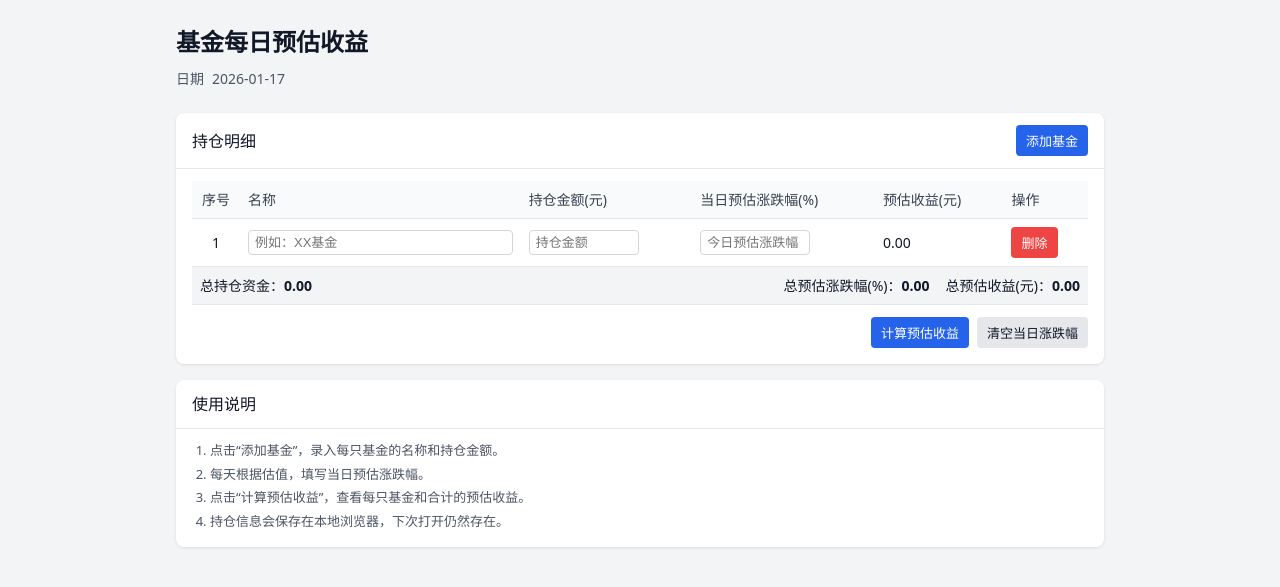
Repository: zt-boom/finance
Page: index.html
These files come from the project's save history. The page is drawn as it stood at one moment and after the next save; the edit follows.
The browser window is 1280 px wide. The pictures show the whole page.

Above is the page before, as saved 2026-01-17 12:33:49.

### index.html
<!DOCTYPE html>
<html lang="zh-CN">
<head>
<meta charset="UTF-8">
<title>基金每日预估收益</title>
<meta name="viewport" content="width=device-width,initial-scale=1">
<link rel="stylesheet" href="./style.css">
</head>
<body>
<div class="app">
<header class="app-header">
<h1>基金每日预估收益</h1>
<div class="date-row">
<span>日期</span>
<span id="current-date"></span>
</div>
</header>
<main class="app-main">
<section class="card">
<div class="card-header">
<h2>持仓明细</h2>
<button id="add-fund-btn" class="primary-button">添加基金</button>
</div>
<div class="card-body">
<div class="table-wrapper">
<table class="fund-table">
<thead>
<tr>
<th class="index-col">序号</th>
<th>名称</th>
<th>持仓金额(元)</th>
<th>当日预估涨跌幅(%)</th>
<th>预估收益(元)</th>
<th>操作</th>
</tr>
</thead>
<tbody id="fund-table-body"></tbody>
<tfoot>
<tr class="summary-row">
<td colspan="6">
<div class="summary-items">
<div class="summary-left">
<span>总持仓资金：<strong id="total-amount">0.00</strong></span>
</div>
<div class="summary-right">
<span>总预估涨跌幅(%)：<strong id="total-percent">0.00</strong></span>
<span>总预估收益(元)：<strong id="total-profit">0.00</strong></span>
</div>
</div>
</td>
</tr>
</tfoot>
</table>
</div>
<div class="actions-row">
<button id="calculate-btn" class="primary-button">计算预估收益</button>
<button id="reset-percentage-btn" class="secondary-button">清空当日涨跌幅</button>
</div>
</div>
</section>
<section class="card">
<div class="card-header">
<h2>使用说明</h2>
</div>
<div class="card-body instructions">
<ol>
<li>点击“添加基金”，录入每只基金的名称和持仓金额。</li>
<li>每天根据估值，填写当日预估涨跌幅。</li>
<li>点击“计算预估收益”，查看每只基金和合计的预估收益。</li>
<li>持仓信息会保存在本地浏览器，下次打开仍然存在。</li>
</ol>
</div>
</section>
</main>
</div>
<script src="./main.js"></script>
</body>
</html>

### style.css
* {
box-sizing: border-box;
margin: 0;
padding: 0;
}

body {
font-family: system-ui, -apple-system, BlinkMacSystemFont, "Segoe UI", sans-serif;
background-color: #f3f4f6;
color: #111827;
line-height: 1.5;
}

.app {
max-width: 960px;
margin: 0 auto;
padding: 24px 16px 40px;
}

.app-header {
display: flex;
flex-direction: column;
gap: 8px;
margin-bottom: 24px;
}

.app-header h1 {
font-size: 24px;
font-weight: 600;
color: #111827;
}

.date-row {
display: flex;
gap: 8px;
align-items: center;
font-size: 14px;
color: #4b5563;
}

.app-main {
display: flex;
flex-direction: column;
gap: 16px;
}

.card {
background-color: #ffffff;
border-radius: 8px;
box-shadow: 0 1px 3px rgba(15, 23, 42, 0.1);
overflow: hidden;
}

.card-header {
display: flex;
justify-content: space-between;
align-items: center;
padding: 12px 16px;
border-bottom: 1px solid #e5e7eb;
}

.card-header h2 {
font-size: 16px;
font-weight: 500;
}

.card-body {
padding: 12px 16px 16px;
}

.table-wrapper {
overflow-x: auto;
margin-bottom: 12px;
}

.fund-table {
width: 100%;
border-collapse: collapse;
font-size: 14px;
}

.fund-table th,
.fund-table td {
border-bottom: 1px solid #e5e7eb;
padding: 8px;
text-align: left;
}

.fund-table th.index-col,
.fund-table td[data-role="row-index"] {
width: 48px;
text-align: center;
}

.fund-table thead {
background-color: #f9fafb;
}

.fund-table th {
font-weight: 500;
color: #374151;
}

.fund-table tbody tr:nth-child(even) {
background-color: #f9fafb;
}

.fund-table input {
width: 100%;
padding: 4px 6px;
font-size: 13px;
border-radius: 4px;
border: 1px solid #d1d5db;
outline: none;
}

.fund-table input.narrow-number-input {
width: 110px;
}

.fund-table input[type="number"]::-webkit-outer-spin-button,
.fund-table input[type="number"]::-webkit-inner-spin-button {
-webkit-appearance: none;
margin: 0;
}

.fund-table input[type="number"] {
-moz-appearance: textfield;
}

.fund-table input:focus {
border-color: #2563eb;
box-shadow: 0 0 0 1px rgba(37, 99, 235, 0.2);
}

.summary-row td {
font-weight: 600;
color: #111827;
background-color: #f3f4f6;
}

.summary-items {
display: flex;
flex-wrap: wrap;
gap: 4px 16px;
justify-content: space-between;
align-items: center;
}

.summary-items span {
font-weight: 500;
white-space: nowrap;
}

.summary-left {
display: flex;
align-items: center;
}

.summary-right {
display: flex;
flex-wrap: wrap;
gap: 4px 16px;
align-items: center;
justify-content: flex-end;
}

.primary-button,
.secondary-button,
.danger-button {
border-radius: 4px;
border: none;
cursor: pointer;
font-size: 13px;
padding: 6px 10px;
display: inline-flex;
align-items: center;
justify-content: center;
}

.primary-button {
background-color: #2563eb;
color: #ffffff;
}

.primary-button:hover {
background-color: #1d4ed8;
}

.secondary-button {
background-color: #e5e7eb;
color: #111827;
}

.secondary-button:hover {
background-color: #d1d5db;
}

.danger-button {
background-color: #ef4444;
color: #ffffff;
}

.danger-button:hover {
background-color: #dc2626;
}

.actions-row {
display: flex;
flex-wrap: wrap;
gap: 8px;
margin-top: 4px;
justify-content: flex-end;
}

.instructions {
font-size: 13px;
color: #4b5563;
}

.instructions ol {
padding-left: 18px;
display: flex;
flex-direction: column;
gap: 4px;
}

@media (max-width: 640px) {
.app {
padding-inline: 12px;
}
.card-header {
flex-direction: column;
gap: 8px;
align-items: flex-start;
}
}

### main.js
const STORAGE_KEY = "fund_holdings_v1";

function formatCurrency(value) {
if (Number.isNaN(value)) return "0.00";
return value.toFixed(2);
}

function getTodayDateString() {
const now = new Date();
const year = String(now.getFullYear());
const month = String(now.getMonth() + 1).padStart(2, "0");
const day = String(now.getDate()).padStart(2, "0");
return `${year}-${month}-${day}`;
}

function loadHoldingsFromStorage() {
try {
const raw = window.localStorage.getItem(STORAGE_KEY);
if (!raw) return [];
const parsed = JSON.parse(raw);
if (!Array.isArray(parsed)) return [];
return parsed;
} catch (e) {
return [];
}
}

function saveHoldingsToStorage(holdings) {
try {
const serialized = JSON.stringify(holdings);
window.localStorage.setItem(STORAGE_KEY, serialized);
} catch (e) {
}
}

function createTableRow(fund) {
const tr = document.createElement("tr");
const indexTd = document.createElement("td");
const nameTd = document.createElement("td");
const amountTd = document.createElement("td");
const percentTd = document.createElement("td");
const profitTd = document.createElement("td");
const actionsTd = document.createElement("td");
const nameInput = document.createElement("input");
nameInput.type = "text";
nameInput.value = fund.name || "";
nameInput.placeholder = "例如：XX基金";
nameInput.addEventListener("change", handleStorageUpdate);
const amountInput = document.createElement("input");
amountInput.type = "number";
amountInput.step = "0.01";
amountInput.min = "0";
amountInput.value = fund.amount != null ? String(fund.amount) : "";
amountInput.placeholder = "持仓金额";
amountInput.addEventListener("change", handleStorageUpdate);
const percentInput = document.createElement("input");
percentInput.type = "number";
percentInput.step = "0.01";
percentInput.placeholder = "今日预估涨跌幅";
amountInput.className = "narrow-number-input";
percentInput.className = "narrow-number-input";
const profitSpan = document.createElement("span");
profitSpan.textContent = "0.00";
const deleteButton = document.createElement("button");
deleteButton.textContent = "删除";
deleteButton.className = "danger-button";
deleteButton.addEventListener("click", () => {
const confirmed = window.confirm("确定要删除这条持仓记录吗？");
if (!confirmed) {
return;
}
tr.remove();
handleStorageUpdate();
calculateProfit();
updateRowIndices();
});
indexTd.dataset.role = "row-index";
nameTd.appendChild(nameInput);
amountTd.appendChild(amountInput);
percentTd.appendChild(percentInput);
profitTd.appendChild(profitSpan);
actionsTd.appendChild(deleteButton);
tr.appendChild(indexTd);
tr.appendChild(nameTd);
tr.appendChild(amountTd);
tr.appendChild(percentTd);
tr.appendChild(profitTd);
tr.appendChild(actionsTd);
tr.dataset.role = "fund-row";
return tr;
}

function readHoldingsFromTable() {
const rows = document.querySelectorAll('tr[data-role="fund-row"]');
const holdings = [];
rows.forEach(row => {
const inputs = row.querySelectorAll("input");
const nameInput = inputs[0];
const amountInput = inputs[1];
const name = nameInput.value.trim();
const amount = parseFloat(amountInput.value);
if (!name && (Number.isNaN(amount) || amount <= 0)) {
return;
}
holdings.push({
name,
amount: Number.isNaN(amount) ? 0 : amount
});
});
return holdings;
}

function handleStorageUpdate() {
const holdings = readHoldingsFromTable();
saveHoldingsToStorage(holdings);
}

function populateTableFromStorage() {
const tbody = document.getElementById("fund-table-body");
tbody.innerHTML = "";
const holdings = loadHoldingsFromStorage();
if (holdings.length === 0) {
const row = createTableRow({ name: "", amount: null });
tbody.appendChild(row);
updateRowIndices();
return;
}
holdings.forEach(fund => {
const row = createTableRow(fund);
tbody.appendChild(row);
});
updateRowIndices();
}

function calculateProfit() {
const rows = document.querySelectorAll('tr[data-role="fund-row"]');
let totalProfit = 0;
let totalAmount = 0;
rows.forEach(row => {
const inputs = row.querySelectorAll("input");
const amountInput = inputs[1];
const percentInput = inputs[2];
const amount = parseFloat(amountInput.value);
const percent = parseFloat(percentInput.value);
const profitCell = row.querySelector("td:nth-child(4) span");
if (Number.isNaN(amount) || Number.isNaN(percent)) {
profitCell.textContent = "0.00";
return;
}
const profit = amount * percent / 100;
totalProfit += profit;
if (!Number.isNaN(amount)) {
totalAmount += amount;
}
profitCell.textContent = formatCurrency(profit);
});
const totalAmountElement = document.getElementById("total-amount");
const totalPercentElement = document.getElementById("total-percent");
if (totalAmountElement) {
totalAmountElement.textContent = formatCurrency(totalAmount);
}
if (totalPercentElement) {
const totalPercent = totalAmount > 0 ? (totalProfit / totalAmount) * 100 : 0;
totalPercentElement.textContent = formatCurrency(totalPercent);
}
const totalProfitElement = document.getElementById("total-profit");
totalProfitElement.textContent = formatCurrency(totalProfit);
}

function resetPercentages() {
const rows = document.querySelectorAll('tr[data-role="fund-row"]');
rows.forEach(row => {
const inputs = row.querySelectorAll("input");
const percentInput = inputs[2];
const profitCell = row.querySelector("td:nth-child(4) span");
percentInput.value = "";
profitCell.textContent = "0.00";
});
const totalProfitElement = document.getElementById("total-profit");
totalProfitElement.textContent = "0.00";
const totalPercentElement = document.getElementById("total-percent");
if (totalPercentElement) {
totalPercentElement.textContent = "0.00";
}
const totalAmountElement = document.getElementById("total-amount");
if (totalAmountElement) {
let totalAmount = 0;
const rows = document.querySelectorAll('tr[data-role="fund-row"]');
rows.forEach(row => {
const inputs = row.querySelectorAll("input");
const amountInput = inputs[1];
const amount = parseFloat(amountInput.value);
if (!Number.isNaN(amount)) {
totalAmount += amount;
}
});
totalAmountElement.textContent = formatCurrency(totalAmount);
}
}

function initApp() {
const dateElement = document.getElementById("current-date");
if (dateElement) {
dateElement.textContent = getTodayDateString();
}
populateTableFromStorage();
const addFundButton = document.getElementById("add-fund-btn");
const calculateButton = document.getElementById("calculate-btn");
const resetPercentageButton = document.getElementById("reset-percentage-btn");
if (addFundButton) {
addFundButton.addEventListener("click", () => {
const tbody = document.getElementById("fund-table-body");
const row = createTableRow({ name: "", amount: null });
tbody.appendChild(row);
updateRowIndices();
});
}
if (calculateButton) {
calculateButton.addEventListener("click", () => {
calculateProfit();
handleStorageUpdate();
});
}
if (resetPercentageButton) {
resetPercentageButton.addEventListener("click", () => {
resetPercentages();
});
}
}

function updateRowIndices() {
const rows = document.querySelectorAll('tr[data-role="fund-row"]');
rows.forEach((row, index) => {
const indexCell = row.querySelector('td[data-role="row-index"]');
if (indexCell) {
indexCell.textContent = String(index + 1);
}
});
}

if (document.readyState === "loading") {
document.addEventListener("DOMContentLoaded", initApp);
} else {
initApp();
}

After the next save:
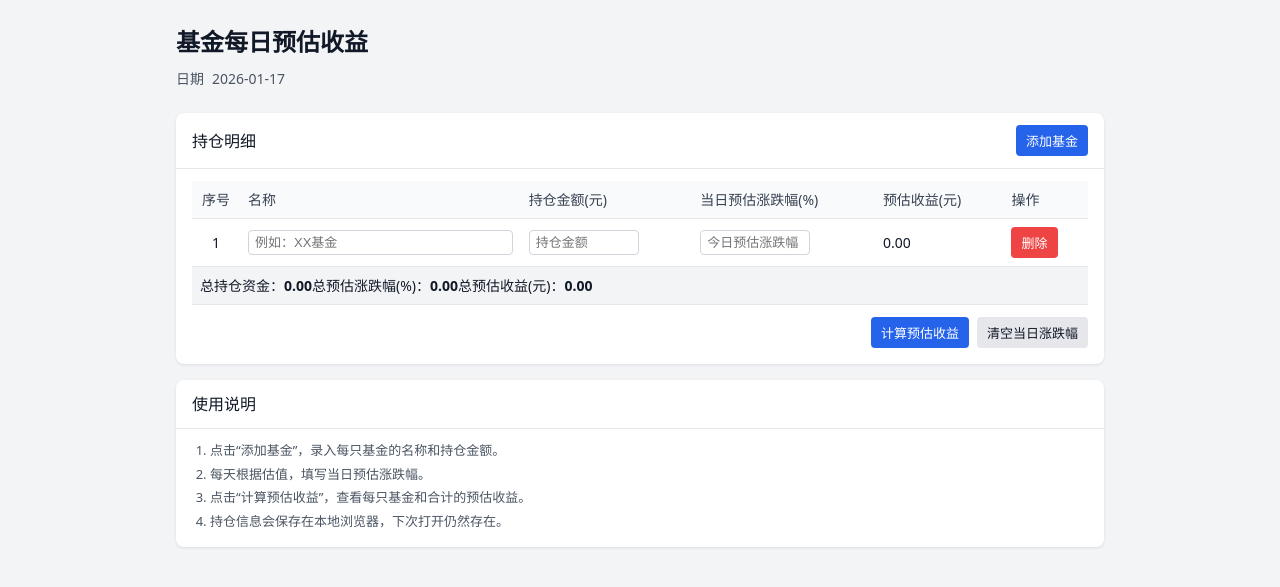
Saved 64 s later.
--- a/index.html
+++ b/index.html
@@ -41,8 +41,6 @@
 <div class="summary-items">
 <div class="summary-left">
 <span>总持仓资金：<strong id="total-amount">0.00</strong></span>
-</div>
-<div class="summary-right">
 <span>总预估涨跌幅(%)：<strong id="total-percent">0.00</strong></span>
 <span>总预估收益(元)：<strong id="total-profit">0.00</strong></span>
 </div>
